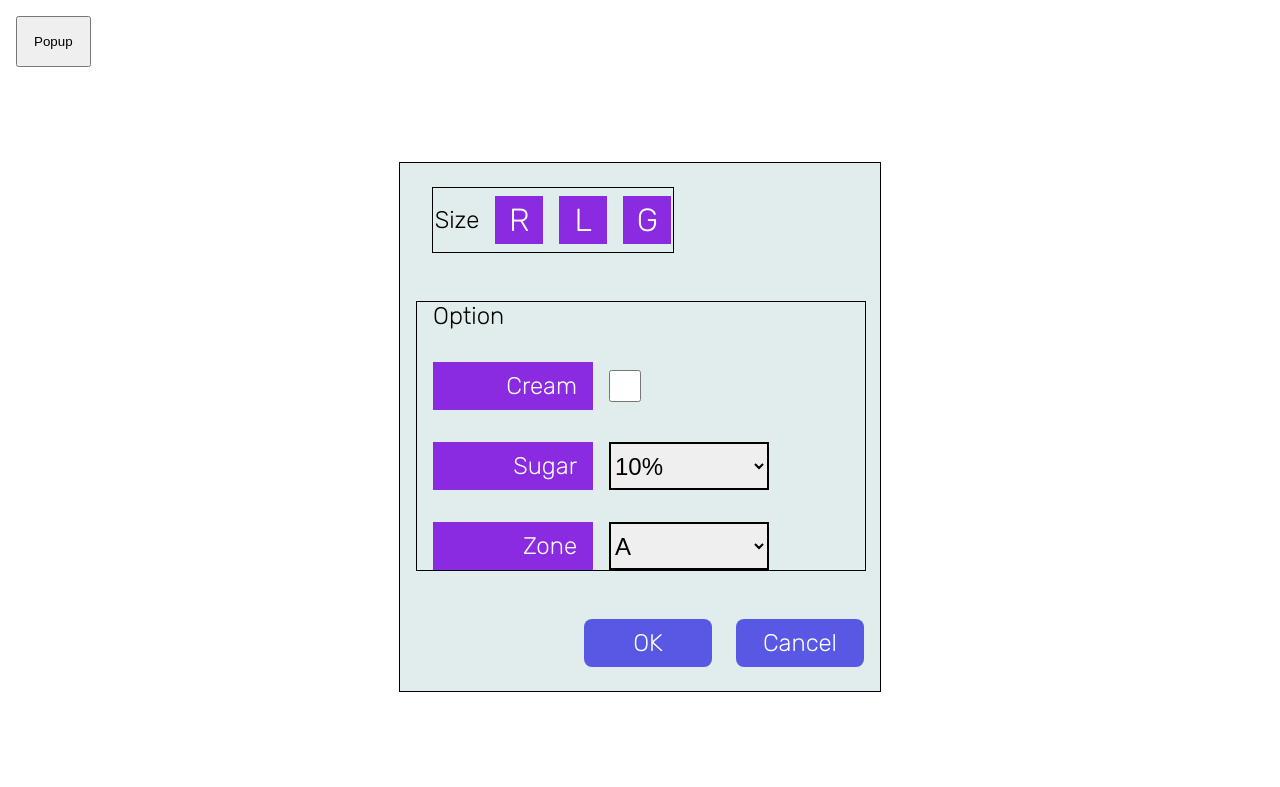
Repository: Dapravith/Midterm-SE-GIC-Cafe-Project-Group16
Page: src/main/resources/templates/PopupDrink.html
These files come from the project's save history. The page is drawn as it stood at one moment and after the next save; the edit follows.
The browser window is 1280 px wide. The pictures show the whole page.

Above is the page before, as saved 2023-05-12 14:39:10.

After the next save:
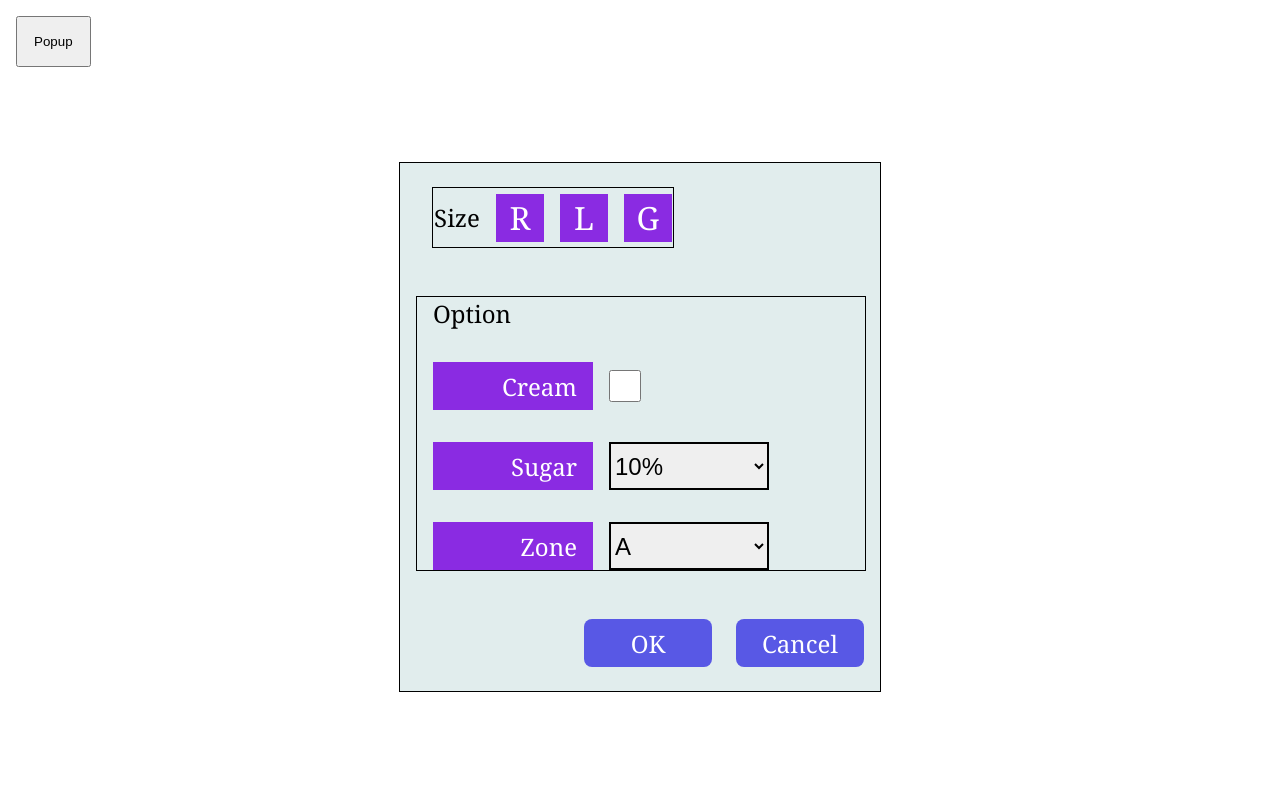
Saved 4 min 56 s later.
--- a/src/main/resources/templates/PopupDrink.html
+++ b/src/main/resources/templates/PopupDrink.html
@@ -13,7 +13,7 @@
       }
 
       body {
-        font-family: "Rubik", sans-serif;
+        font-family: "Georgia", sans-serif;
       }
 
       button {
